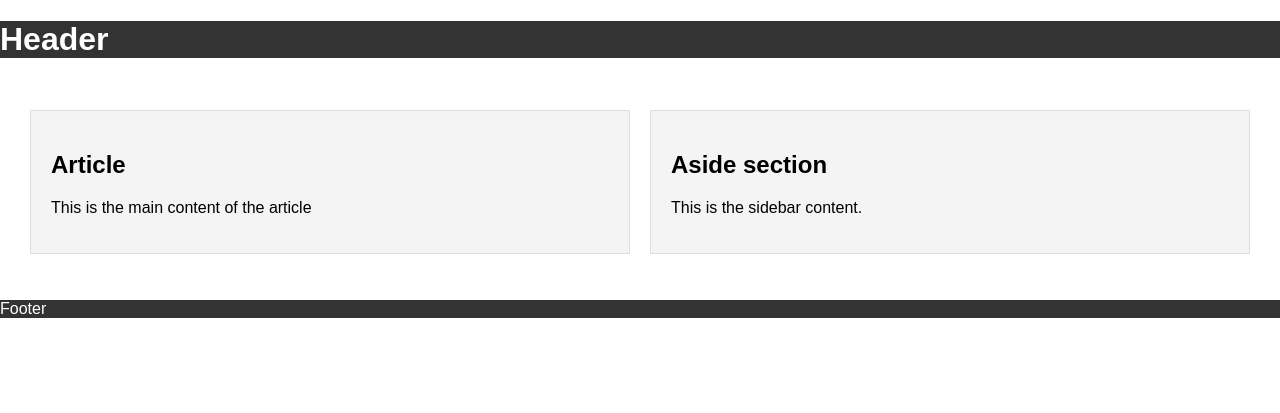
Repository: RishabhModi2899/Repo_Marlabs
Page: index.html
These files come from the project's save history. The page is drawn as it stood at one moment and after a run of saves; the edit follows.
The browser window is 1280 px wide. The pictures show the whole page.

Above is the page before, as saved 2024-07-31 11:32:50.

After the next 2 saves:
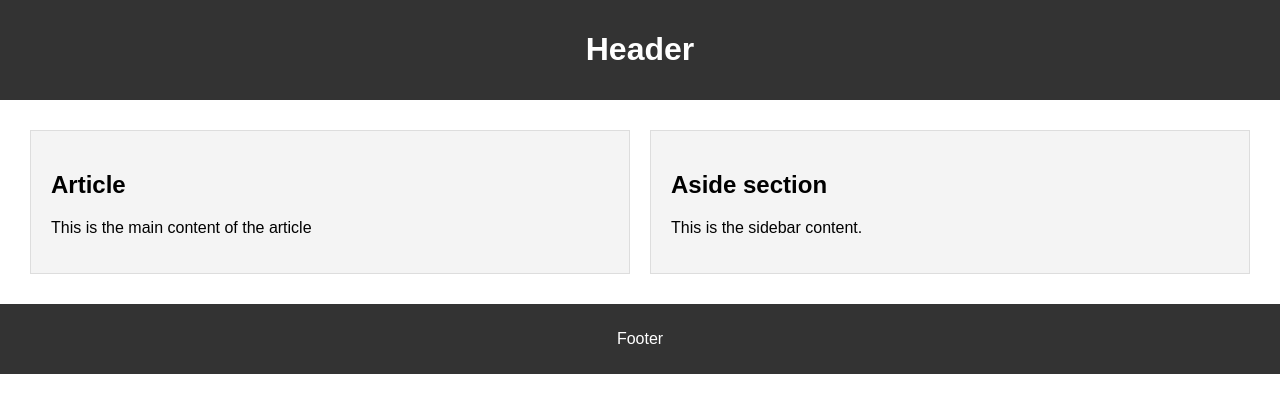
The 2 saves are shown as one change because they came seconds apart.
The last was saved 12 s later.
--- a/styles.css
+++ b/styles.css
@@ -23,5 +23,6 @@ article, aside {
 header, footer {
     background-color: #333;
     color: white;
-    text-align:
+    text-align: center;
+    padding: 10px 0;
 }
